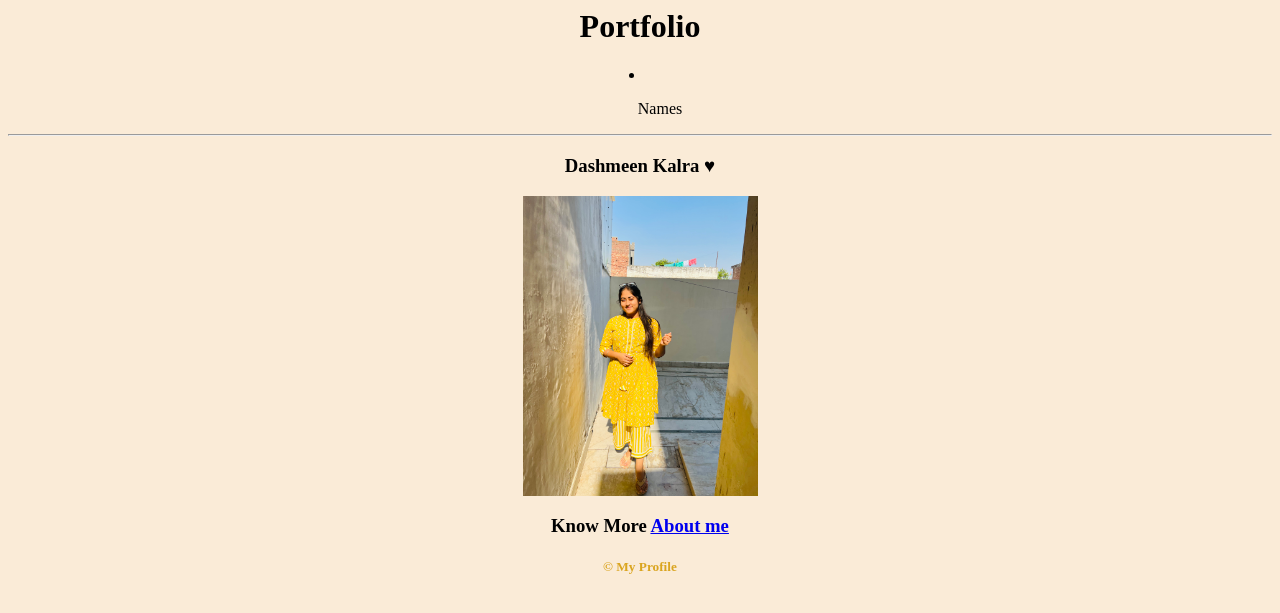
Repository: dashmeenkalra/dashmeen_kalra
Page: html/index.html
An editor plug-in stored every save of this project. The page is shown before and after the next save, followed by the edit.
The browser window is 1280 px wide. The pictures show the whole page.

Above is the page before, as saved 2023-03-05 12:18:26.

### html/index.html
<html>
    <head>
         <link href="https://th.bing.com/th/id/R.fd5a137d4cc43657449836c511c422e1?rik=xs4NJnZD7SrL9w&riu=http%3a%2f%2fcdn.onlinewebfonts.com%2fsvg%2fimg_24787.png&ehk=XT7ycIEO1QBstZHkYYA%2fmHm7bSjaBM1nSo61Bl%2bnJSs%3d&risl=&pid=ImgRaw&r=0" rel="icon" />
        <title>
        My profile
        </title>
    </head>
    <body style="background-color: antiquewhite;">
        <header>
        <center>
        <h1>
             Portfolio
        </h1>
        <li>
            <ul style="text-decoration: dotted;">
                Names
            </ul>
        </li>
        <hr/>
        <h3>
            Dashmeen Kalra &heartsuit;
        </h3>
            <img src ="imagehere/IMG_8248 (1).jpg" alt="me" title="profile" width="235" height="300"/>
        </center>
        </header>
        <div>
            <center>
            <h3>
                Know More
           <a href="first.html"
           target=_blank > About me
            </a>
            </h3>
            </center>
        </div>
        <footer>
            <center>
            <h5 style ="color:goldenrod"> &copy; My Profile</h5>
            </center>
        </footer>
    </body>
</html>

After the next save:
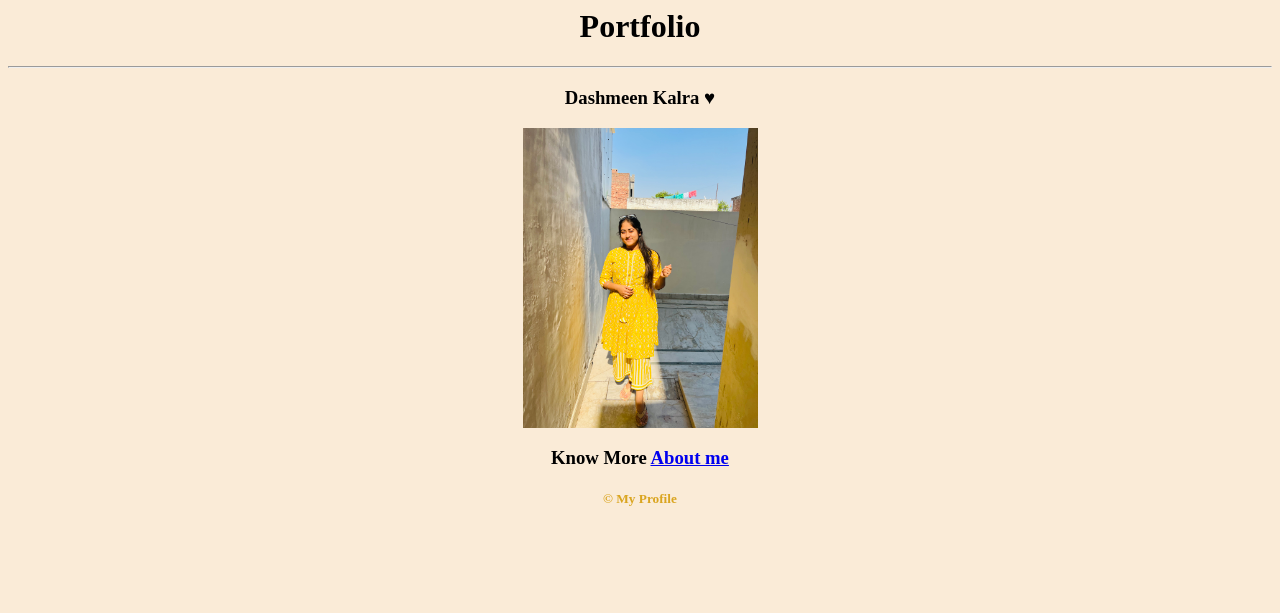
Saved 4 s later.
--- a/html/index.html
+++ b/html/index.html
@@ -11,11 +11,7 @@
         <h1>
              Portfolio
         </h1>
-        <li>
-            <ul style="text-decoration: dotted;">
-                Names
-            </ul>
-        </li>
+
         <hr/>
         <h3>
             Dashmeen Kalra &heartsuit;
